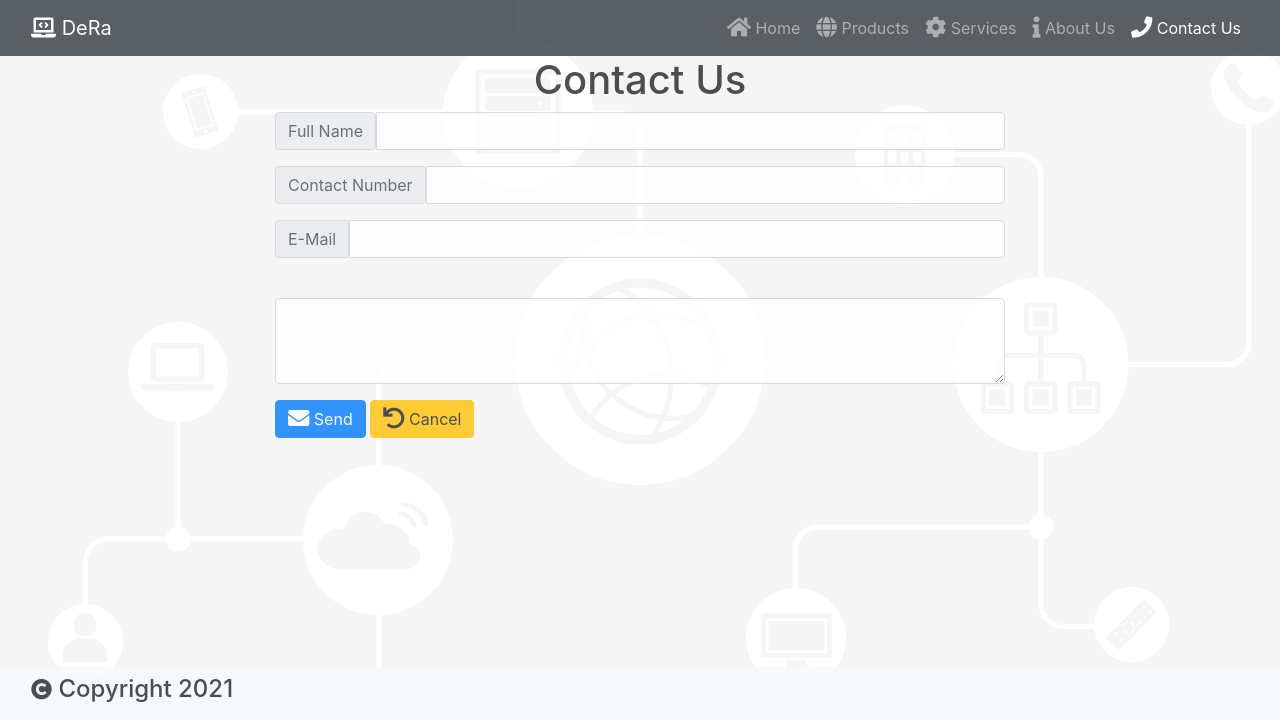
Repository: deividwsantoss/web6201-Lab1
Page: contact.html
An editor plug-in stored every save of this project. The page is shown before and after the next save, followed by the edit.
The browser window is 1280 px wide. The pictures show the whole page.

Above is the page before, as saved 2021-02-03 10:53:14.
Console error: TypeError: Cannot set properties of null (setting 'innerHTML')

After the next save:
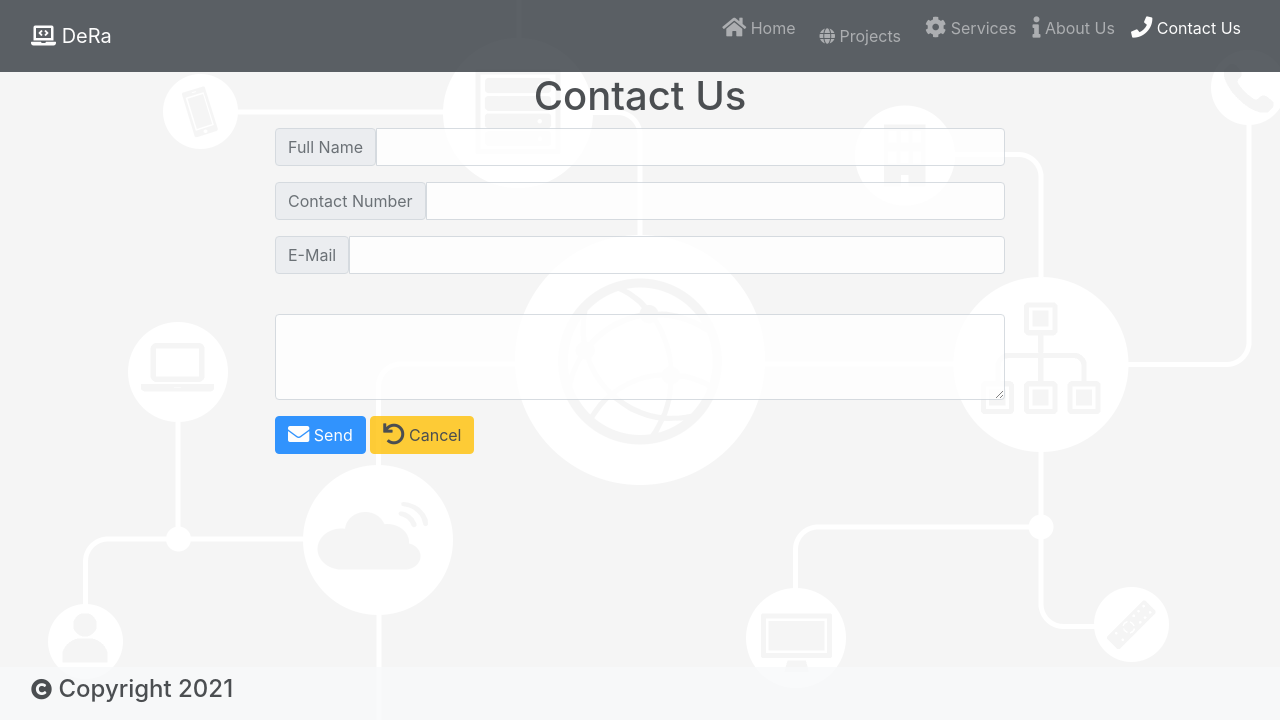
The error is gone.
Saved 65 s later.
--- a/contact.html
+++ b/contact.html
@@ -25,7 +25,7 @@
                     <a class="nav-link " aria-current="page" href="Index.html"><i class="fas fa-home fa-lg"></i> Home</a>
                   </li>
                   <li class="nav-item">
-                    <a class="nav-link" aria-current="page" href="products.html"><i class="fas fa-globe fa-lg"></i> Products</a>
+                    <a id="prod" class="nav-link" aria-current="page" href="products.html"><i class="fas fa-globe fa-lg"></i> Products</a>
                   </li>
                   <li class="nav-item">
                     <a class="nav-link" aria-current="page" href="services.html"><i class="fas fa-cog fa-lg"></i> Services</a>
